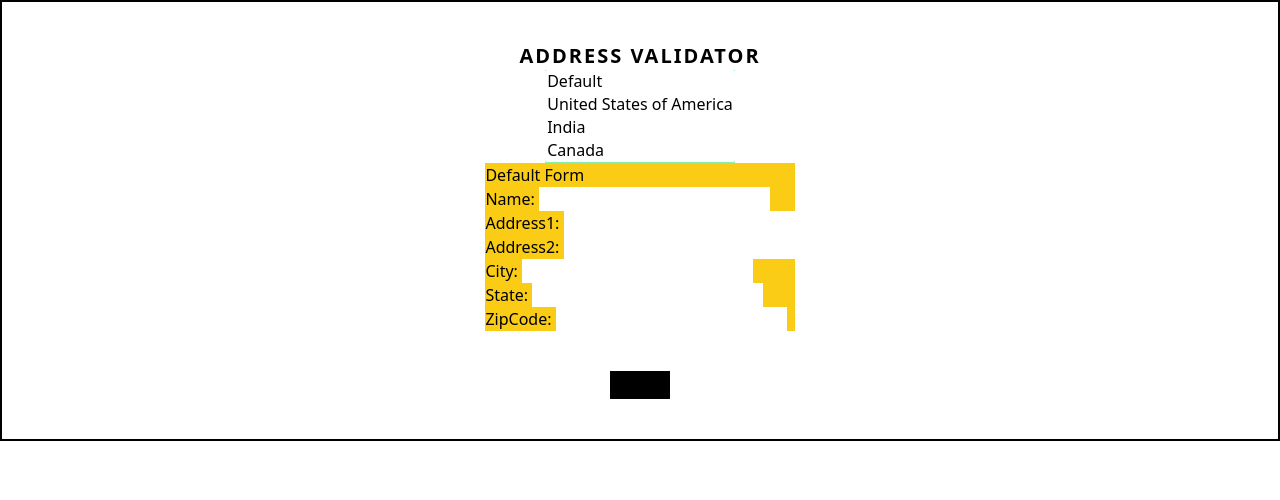
Repository: jay-singhvi/SWArchDesign_TeamProject
Page: / (app in frontend/address-validation/)
The author's editor kept a copy of each file at every save. The page is drawn from the files as they stood at one save, then again after the next save.
The browser window is 1280 px wide. The pictures show the whole page.
The project was rebuilt for these pictures with package versions that can differ from the ones it lists, and the page was loaded fresh each time. Also part of the build but not shown: frontend/address-validation/src/App.css.

Above is the page before, as saved 2023-03-07 13:53:54.

### frontend/address-validation/src/App.js

import './App.css';
import React, { useState, setState } from 'react';

// React component for creating and sending POST request
function App() {

  // variables to handle the Request and Response
  const [countryList, setCountryList] = useState("");
  const [formData, setFormData] = useState(null);
  const [responseData, setResponseData] = useState(null);

  // Set of Counries under consideration
  const countries = [
    { name: "Default"},
    { name: "United States of America"},
    { name: "India"},
    { name: "Canada"}
  ];

  // Function to render form based on Countries
  function renderForm() {
    if (countryList.length === 1) {
      console.log(countryList)
        if(countryList.includes("United States of America"))
          return <USAForm setFormData={setFormData} />;
        else if(countryList.includes("India"))
          return <IndiaForm setFormData={setFormData} />;
        else if(countryList.includes("Canada"))
          return <CanadaForm setFormData={setFormData} />;
        else
          return <DefaultForm setFormData={setFormData} />;
    }
    // Renders form for multiple selected countries
    else {
      return <DefaultForm setFormData={setFormData} />
    }
  }

  // Handles selected country and set ths
  function handleSelectedCountry(event) {
    const selectedOptions = Array.from(event.target.selectedOptions);
    const selectedValues = selectedOptions.map(option => option.value);
    setCountryList(selectedValues);
  }

  // Finds address based on the form data
  async function findAddress(event) {
    event.preventDefault();

    // If only one country is selected
    if(countryList.length === 1) {

      //If selected country id default then send country field empty in JSON request
      if(countryList[0] === 'Default')
      {
        countryList[0] = ''
      }
      const updatedFormData = {...formData, "Country": countryList[0]};

      // If form data has Name attribute then search based on name and country
      if(formData !== null && formData.Name !== null){
        try {
          const response = await fetch("http://localhost:5000/api/searchCountriesByClient", {
            method: "POST",
            headers: {
              "Content-Type": "application/json",
            },
            body: JSON.stringify(updatedFormData),
          });

          const data = await response.json();
          setResponseData(data);
        } catch (error) {
          console.error(error);
          setResponseData({ error: "An error occurred" });
        }
      }

      //If name is not mentioned then populate all addresses for that country based on JSON request
      else {
        try {
          const response = await fetch("http://localhost:5000/api/searchCountry", {
            method: "POST",
            headers: {
              "Content-Type": "application/json",
            },
            body: JSON.stringify(updatedFormData),
          });

          const data = await response.json();
          setResponseData(data);
        } catch (error) {
          console.error(error);
          setResponseData({ error: "An error occurred" });
        }
      }
    }
    //If more one country is selected then send the list of countries with JSON request
    else if(countryList.length > 1){
      const updatedFormData = {...formData, "Country": countryList};

      try {
        const response = await fetch("http://localhost:5000//api/searchCountries", {
          method: "POST",
          headers: {
            "Content-Type": "application/json",
          },
          body: JSON.stringify(updatedFormData),
        });

        const data = await response.json();
        setResponseData(data);
      } catch (error) {
        console.error(error);
        setResponseData({ error: "An error occurred" });
      }
    }
    // If only name is mentioned then look for that name in all countries
    else if(formData !== null && formData.Name !== null){
      try {
        const response = await fetch("http://localhost:5000/api/searchCountriesByClient", {
          method: "POST",
          headers: {
            "Content-Type": "application/json",
          },
          body: JSON.stringify(formData),
        });

        const data = await response.json();
        setResponseData(data);
      } catch (error) {
        console.error(error);
        setResponseData({ error: "An error occurred" });
      }
    }
    setFormData({});
  }

  // Give all the options of countries to user for selection
  return (
    <div className=' items-center justify-between min-h-screen  '>
    <div className='  py-10 flex flex-col items-center border-2 border-black'>
      <h1 className=' uppercase tracking-widest font-bold text-xl'>Address Validator</h1>
      <div className=' bg-green-300'>
        <select multiple value={countryList} onChange={handleSelectedCountry}>
          {countries.map((country) => (
            <option key={country.name} value={country.name}>
              {country.name}
            </option>
          ))}
        </select>
      </div>

      {renderForm()}

      <button type="submit" onClick={findAddress} className=" mt-10 bg-black cursor-pointer text-lg font-medium before:absolute before:inset-x-0 before:-bottom-1.5 before:h-0.5 before:origin-left before:scale-x-0 before:transform before:rounded-bl before:bg-black before:transition-all before:duration-200 hover:before:scale-x-100">
          Submit
        </button>

      {responseData && (
        <div>
          <h2>Post Result:</h2>
          <pre>{JSON.stringify(responseData, null, 2)}</pre>
        </div>
      )}
      </div>
    </div>

  );
}

// React component to render USA specific form
function USAForm({setFormData}) {
  const [formValues, setFormValues] = useState({});
  function updateForm(event) {
    setFormValues({
      ...formValues,
      [event.target.name]: event.target.value,
    });
    setFormData({
      ...formValues,
      [event.target.name]: event.target.value,
    });
  }

  return (
    <div>
      <form>
        <h2>United States Form</h2>
        Name: <input type="text" name="Name" onChange={updateForm} />
        <br/>
        Address1: <input type="text" name="Address1" onChange={updateForm} />
        <br/>
        Address2: <input type="text" name="Address2" onChange={updateForm} />
        <br/>
        City: <input type="text" name="City" onChange={updateForm} />
        <br/>
        State: <input type="text" name="State" onChange={updateForm} />
        <br/>
        ZipCode: <input type="text" name="Zipcode" onChange={updateForm} />
        <br/>
      </form>
    </div>
  );
}

// React component to render Canada specific form
function CanadaForm({setFormData}) {
  const [formValues, setFormValues] = useState({});
  function updateForm(event) {
    setFormValues({
      ...formValues,
      [event.target.name]: event.target.value,
    });
    setFormData({
      ...formValues,
      [event.target.name]: event.target.value,
    });
  }

  return (
    <div>
      <form>
        <h2>Canada Form</h2>
        Name: <input type="text" name="Name" onChange={updateForm} />
        <br/>
        Address1: <input type="text" name="Address1" onChange={updateForm} />
        <br/>
        Address2: <input type="text" name="Address2" onChange={updateForm} />
        <br/>
        City: <input type="text" name="City" onChange={updateForm} />
        <br/>
        Province: <input type="text" name="State" onChange={updateForm} />
        <br/>
        Postalcode: <input type="text" name="ZipCode" onChange={updateForm} />
      </form>
    </div>
  );
}

// React component to render India specific form
function IndiaForm({setFormData}) {
  const [formValues, setFormValues] = useState({});
  function updateForm(event) {
    setFormValues({
      ...formValues,
      [event.target.name]: event.target.value,
    });
    setFormData({
      ...formValues,
      [event.target.name]: event.target.value,
    });
  }

  return (
    <div>
      <form>
        <h2>India Form</h2>
        Name: <input type="text" name="Name" onChange={updateForm} />
        <br/>
        Street Address: <input type="text" name="Address1" onChange={updateForm} />
        <br/>
        Address2: <input type="text" name="Address2" onChange={updateForm} />
        <br/>
        City: <input type="text" name="City" onChange={updateForm} />
        <br/>
        State: <input type="text" name="State" onChange={updateForm} />
        <br/>
        Pincode: <input type="text" name="ZipCode" onChange={updateForm} />
        <br/>
      </form>
    </div>
  );
}

// React component to render default form
function DefaultForm({setFormData}) {

  const [formValues, setFormValues] = useState({});
  function updateForm(event) {
    setFormValues({
      ...formValues,
      [event.target.name]: event.target.value,
    });
    setFormData({
      ...formValues,
      [event.target.name]: event.target.value,
    });
  }

  return (
    <div className='  bg-yellow-400'>
      <h2>Default Form</h2>
        Name: <input type="text" name="Name" onChange={updateForm} />
        <br/>
        Address1: <input type="text" name="Address1" onChange={updateForm} />
        <br/>
        Address2: <input type="text" name="Address2" onChange={updateForm} />
        <br/>
        City: <input type="text" name="City" onChange={updateForm} />
        <br/>
        State: <input type="text" name="State" onChange={updateForm} />
        <br/>
        ZipCode: <input type="text" name="Zipcode" onChange={updateForm} />
        <br/>
    </div>
  );
}

export default App;

Loaded but not shown: frontend/address-validation/public/index.html (common file); frontend/address-validation/src/index.js (common file); frontend/address-validation/src/index.css (common file); frontend/address-validation/src/reportWebVitals.js (common file); frontend/address-validation/tailwind.config.js (common file)

After the next save:
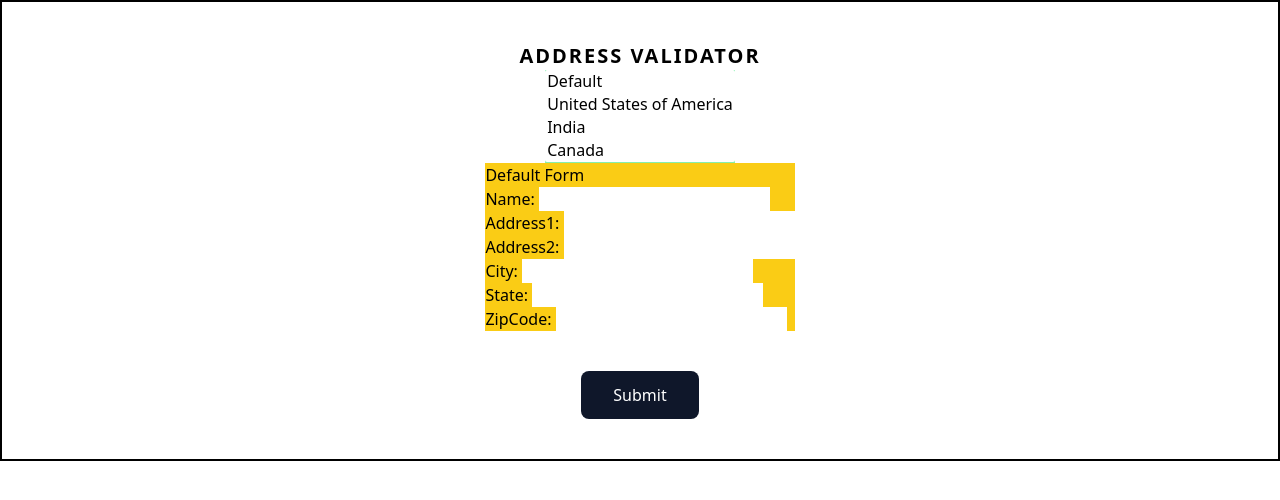
Saved 16 s later.
--- a/frontend/address-validation/src/App.js
+++ b/frontend/address-validation/src/App.js
@@ -154,7 +154,7 @@ function App() {
 
       {renderForm()}
 
-      <button type="submit" onClick={findAddress} className=" mt-10 bg-black cursor-pointer text-lg font-medium before:absolute before:inset-x-0 before:-bottom-1.5 before:h-0.5 before:origin-left before:scale-x-0 before:transform before:rounded-bl before:bg-black before:transition-all before:duration-200 hover:before:scale-x-100">
+      <button type="submit" onClick={findAddress} className=" mt-10 bg-slate-900 cursor-pointer px-8 py-3 rounded-lg text-white ">
           Submit
         </button>
 
